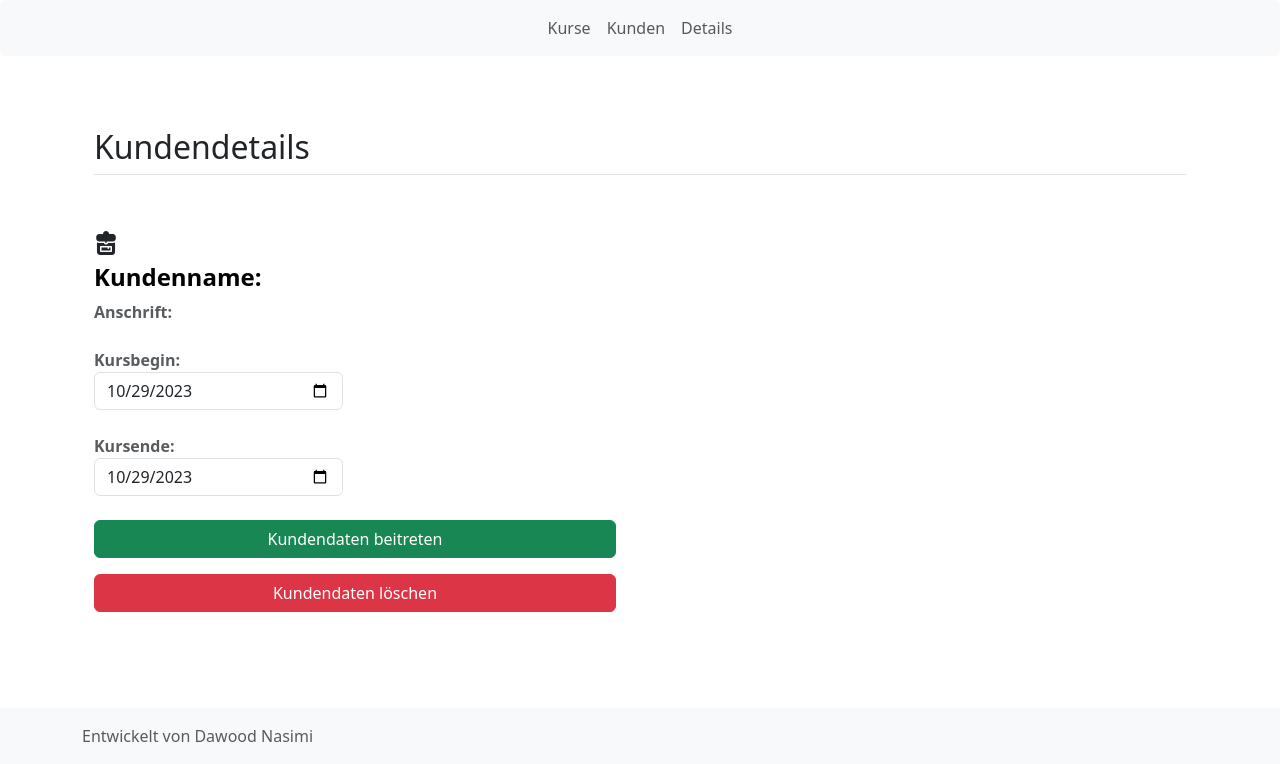
Repository: Dawoodnasimi/kurse
Page: templates/kunden/show.html.twig
An editor plug-in stored every save of this project. The page is shown before and after the next save, followed by the edit.
The browser window is 1280 px wide. The pictures show the whole page.
The page is a Twig template of a Symfony application; nobody is signed in and links lead nowhere. Other server files are loaded and not shown. The template is opened directly, without the code that normally fills it, so the values that code supplies are empty.

Above is the page before, as saved 2023-10-29 12:35:38.

### templates/kunden/show.html.twig
{% extends 'base.html.twig' %}

{% block title %}
	Kunden
{% endblock %}

{% block body %}
	<div class="container px-4 py-5 kundendetails">
		<h2 class="pb-2 border-bottom">Kundendetails</h2>

		<div class="row row-cols-1 row-cols-md-2 align-items-md-center g-5 py-5">
			<div class="col d-flex flex-column gap-2">
				<div class="col">
					<div class="row row-cols-1 row-cols-sm-2 g-4">
						<div class="col d-flex flex-column gap-2">
							<div class="bi bi-backpack4-fill d-inline-flex align-items-center justify-content-start bg-gradient fs-4 rounded-3"></div>
							<h4 class="fw-semibold mb-0 text-body-emphasis"><strong>Kundenname: </strong>{{ kunde.name }}</h4>
							<p class="text-body-secondary"><strong>Anschrift: </strong>{{ kunde.anschrift }}</p>
							<p class="text-body-secondary"><strong>Kursbegin: </strong>
							<input type='date' class='form-control' id='date' name='date' value='{{ kunde.begin|date('Y-m-d') }}' required>
							</p>
							<p class="text-body-secondary"><strong>Kursende: </strong>
							<input type='date' class='form-control' id='date' name='date' value='{{ kunde.ende|date('Y-m-d') }}' required>
							</p>
						</div>
					</div>
				</div>

				<a href="{{ path('app_kunden') }}/bearbeiten/{{ kunde.id }}" class="btn btn-success mb-2" type="button">Kundendaten beitreten</a>
				<a href="{{ path('app_kunden') }}/loeschen/{{ kunde.id }}" class="btn btn-danger" type="button">Kundendaten löschen</a>

			</div>

		</div>
	</div>
{% endblock %}

### templates/base.html.twig
<!DOCTYPE html>
<html>
	<head>
		<meta charset="UTF-8">
		<title>
			{% block title %}
			Kurse
			{% endblock %}
		</title>

		{% block stylesheets %}
		{{ encore_entry_link_tags('app') }}
		<link href="https://cdn.jsdelivr.net/npm/bootstrap@5.3.2/dist/css/bootstrap.min.css" rel="stylesheet" integrity="sha384-T3c6CoIi6uLrA9TneNEoa7RxnatzjcDSCmG1MXxSR1GAsXEV/Dwwykc2MPK8M2HN" crossorigin="anonymous">
		<link rel="stylesheet" href="https://cdn.jsdelivr.net/npm/bootstrap-icons@1.11.1/font/bootstrap-icons.css">

		{% endblock %}


		{% block javascripts %}
		{{ encore_entry_script_tags('app') }}

		<script src="https://cdn.jsdelivr.net/npm/bootstrap@5.3.2/dist/js/bootstrap.bundle.min.js" integrity="sha384-C6RzsynM9kWDrMNeT87bh95OGNyZPhcTNXj1NW7RuBCsyN/o0jlpcV8Qyq46cDfL" crossorigin="anonymous"></script>

		{% endblock %}

	</head>

	<body>

{% block header %}
    <nav class="navbar navbar-expand-lg bg-body-tertiary rounded" aria-label="Twelfth navbar example">
        <div class="container-fluid">
            <button class="navbar-toggler" type="button" data-bs-toggle="collapse" data-bs-target="#navbars_ziff" aria-controls="navbars_ziff" aria-expanded="false" aria-label="Toggle navigation">
                <span class="navbar-toggler-icon"></span>
            </button>

            <div class="collapse navbar-collapse justify-content-md-center" id="navbars_ziff">
                <ul class="navbar-nav">
                    <li class="nav-item">
                        <a class="nav-link {% if app.request.attributes.get('_route') == 'app_kurse' %}active{% endif %}" aria-current="page" href="{{ path('app_kurse') }}">Kurse</a>
                    </li>
                    <li class="nav-item">
                        <a class="nav-link {% if app.request.attributes.get('_route') == 'app_kunden' %}active{% endif %}" href="{{ path('app_kunden') }}">Kunden</a>
                    </li>
                    <li class="nav-item">
                        <a class="nav-link {% if app.request.attributes.get('_route') == 'app_details' %}active{% endif %}" href="{{ path('app_details') }}">Details</a>
                    </li>
                </ul>
            </div>
        </div>
    </nav>
	<br>
{% endblock %}

{% block body %}{% endblock %}

{% block footer %}
		<footer class="footer mt-auto py-3 bg-body-tertiary">
			<div class="container">
				<span class="text-muted">Entwickelt von Dawood Nasimi</span>
			</div>
		</footer>
{% endblock %}

	</body>
</html>

Loaded but not shown: webpack.config.js (common file)

After the next save:
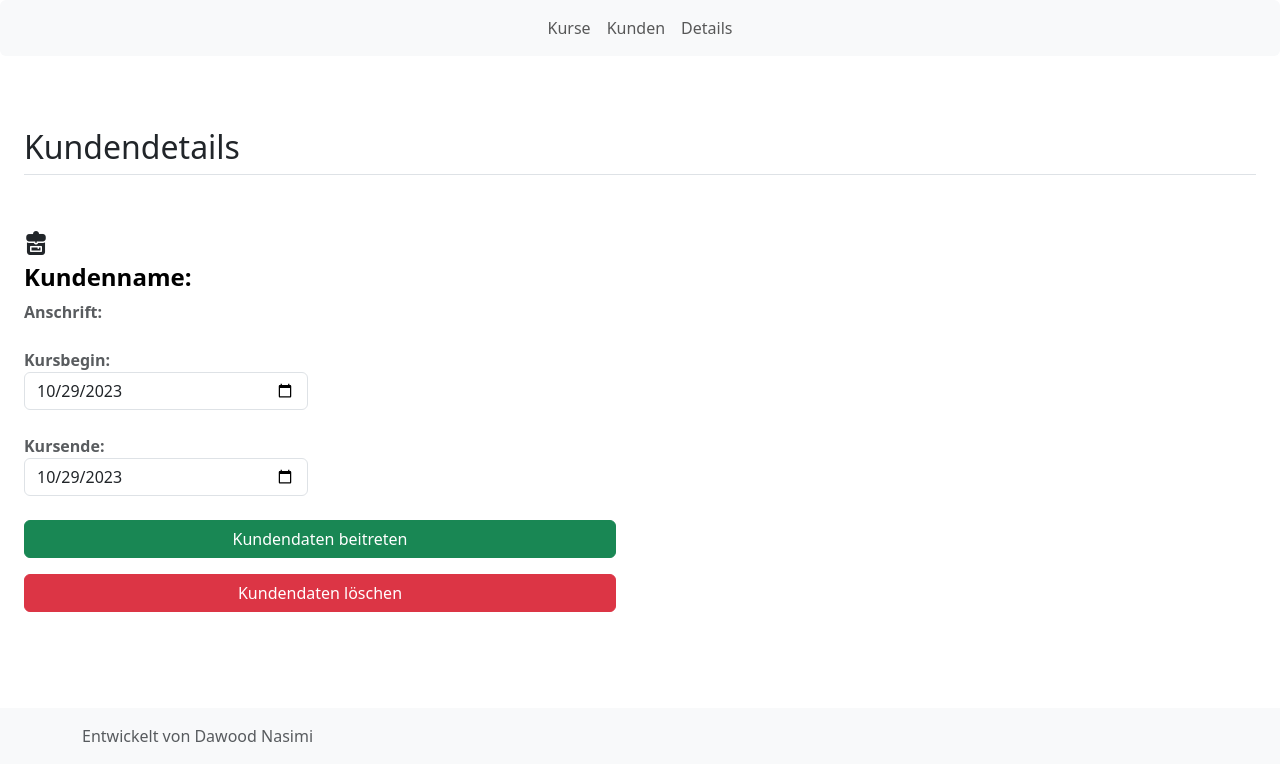
Saved 9 s later.
--- a/templates/kunden/show.html.twig
+++ b/templates/kunden/show.html.twig
@@ -5,7 +5,7 @@
 {% endblock %}
 
 {% block body %}
-	<div class="container px-4 py-5 kundendetails">
+	<div class="container-fluid px-4 py-5 kundendetails">
 		<h2 class="pb-2 border-bottom">Kundendetails</h2>
 
 		<div class="row row-cols-1 row-cols-md-2 align-items-md-center g-5 py-5">
